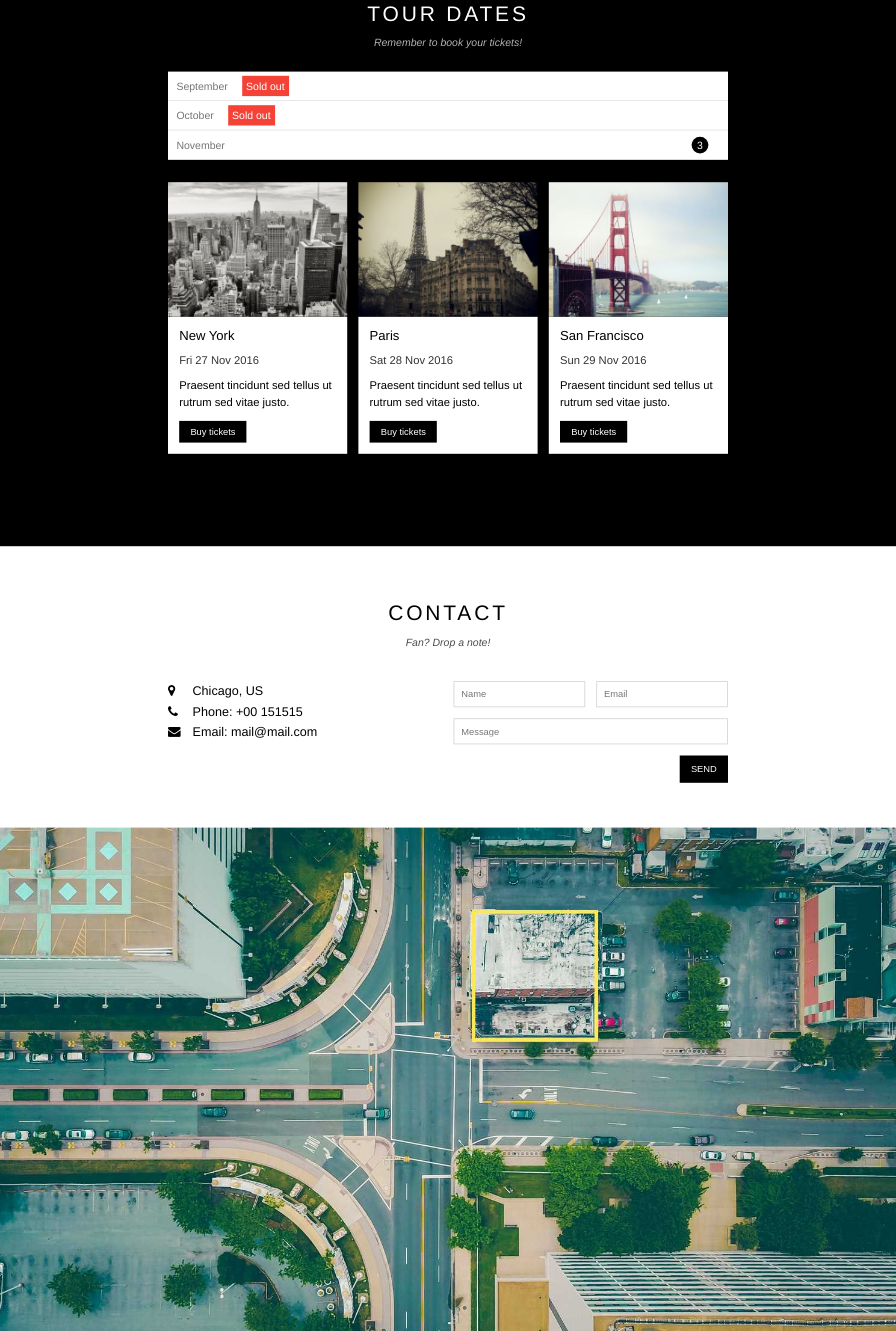
Repository: vuongtm1999/TheBand_W3School
Page: index.html
These files come from the project's save history. The page is drawn as it stood at one moment and after the next save; the edit follows.
The browser window is 1280 px wide. The pictures show the part of the page from y = 1386 to 3306 px (the page is 3288 px tall before and 3306 px after), at 70% of full size.

Above is the page before, as saved 2022-08-28 15:52:55.

### index.html
<!DOCTYPE html>
<html lang="en">
<head>
    <meta charset="UTF-8">
    <meta http-equiv="X-UA-Compatible" content="IE=edge">
    <meta name="viewport" content="width=device-width, initial-scale=1.0">
    <title>The band</title>
    <link rel="stylesheet" href="./assets/css/style.css">
    <link rel="stylesheet" href="https://cdnjs.cloudflare.com/ajax/libs/font-awesome/4.7.0/css/font-awesome.min.css">
    <link rel="icon" href="assets/img/place/paris.jpg" type="image/x-icon">
</head>
<body>
        <div id="header">
            <!-- begin: nav -->
            <ul id="nav">
                <li><a href="#">Home</a></li>
                <li><a href="#band">Bank</a></li>
                <li><a href="#tour">Tour</a></li>
                <li><a href="#contact">Contact</a></li>
                <li>
                    <a href="#">More <i style="font-size: 15px;" class="fa fa-caret-down"></i></a>
                    <ul class="subnav">
                        <li><a href="#">Merchandise</a></li>
                        <li><a href="#">Extras</a></li>
                        <li><a href="#">Media</a></li>
                    </ul>
                </li>
            </ul>
            <!-- end: nav -->

            <!-- begin: search button -->
            <div class="search-button">
                <i class="fa fa-search"></i>
            </div>
            <!-- end: search button -->
        </div>

        <div id="slider">
            <div class="text-content">
                <div class="container">
                    <h3 class=text-heading>
                        Chicago
                    </h3>
                    <div class="text-description">
                        Thank you, Chicago - A night we won't forget.
                    </div>
                </div>
            </div>
        </div>

        <div id="content">
            <!-- about section -->
            <div id="band" class="content-section">
                <h2 class="section-heading">THE BAND</h2>
                <p class="section-sub-heading">We love music</p>
                <p class="section-about-text">We have created a fictional band website. Lorem ipsum dolor sit amet, consectetur adipiscing elit, sed do eiusmod tempor incididunt ut labore et dolore magna aliqua. Ut enim ad minim veniam, quis nostrud exercitation ullamco laboris nisi ut aliquip ex ea commodo consequat. Duis aute irure dolor in reprehenderit in voluptate velit esse cillum dolore eu fugiat nulla pariatur. Excepteur sint occaecat cupidatat non proident, sunt in culpa qui officia deserunt mollit anim id est laborum consectetur adipiscing elit, sed do eiusmod tempor incididunt ut labore et dolore magna aliqua. Ut enim ad minim veniam, quis nostrud exercitation ullamco laboris nisi ut aliquip ex ea commodo consequat.</p>

                <div class="member-list">

                    <div class="col col-third">
                        <p class="member-name">Name</p>
                        <img class="member-image" src="assets/img/bandmember.jpg" alt="member">
                    </div>

                    <div class="col col-third">
                        <p class="member-name">Name</p>
                        <img class="member-image" src="assets/img/bandmember.jpg" alt="member">
                    </div>

                    <div class="col col-third">
                        <p class="member-name">Name</p>
                        <img class="member-image" src="assets/img/bandmember.jpg" alt="member">
                    </div>

                    <div class="clearFloat"></div>
                </div>
            </div>

            <!-- TOUR DATES section -->
            <div id="tour" class="tour-section">
                <div class="content-section">
                    <h2 class="section-heading">TOUR DATES</h2>
                    <p class="section-sub-heading">Remember to book your tickets!</p>

                    <br>

                    <ul class="ticket-list">
                        <li>September <span class="soldout">Sold out</span></li>
                        <li>October <span class="soldout">Sold out</span></li>
                        <li>November <span class="quantity">3</span></li>
                    </ul>

                    <div class="row place-ticket">

                        <div class="col col-third">
                            <img src="assets/img/place/newyork.jpg" alt="img-ticket" class="place-img">
                            <div class="place-body">
                                <h3 class="place-city">New York</h3>
                                <p class="place-time">Fri 27 Nov 2016</p>
                                <p class="place-description">Praesent tincidunt sed tellus ut rutrum sed vitae justo.</p>
                                <button class="place-buy-tickets btn-common js-buy-ticket">Buy tickets</button>
                            </div>
                        </div>

                        <div class="col col-third">
                            <img src="assets/img/place/paris.jpg" alt="img-ticket" class="place-img">
                            <div class="place-body">
                                <h3 class="place-city">Paris</h3>
                                <p class="place-time">Sat 28 Nov 2016</p>
                                <p class="place-description">Praesent tincidunt sed tellus ut rutrum sed vitae justo.</p>
                                <button class="place-buy-tickets btn-common js-buy-ticket">Buy tickets</button>
                            </div>
                        </div>

                        <div class="col col-third">
                            <img src="assets/img/place/sanfran.jpg" alt="img-ticket" class="place-img">
                            <div class="place-body">
                                <h3 class="place-city">San Francisco</h3>
                                <p class="place-time">Sun 29 Nov 2016</p>
                                <p class="place-description">Praesent tincidunt sed tellus ut rutrum sed vitae justo.</p>
                                <button class="place-buy-tickets btn-common js-buy-ticket">Buy tickets</button>
                            </div>
                        </div>

                        <div class="clearFloat"></div>
                    </div>
                </div>
            </div>



            <!-- CONTACT section -->
            <div id="contact" class="content-section">
                <h2 class="section-heading">CONTACT</h2>
                <p class="section-sub-heading">Fan? Drop a note!</p>

                <div class="row contact-items">
                    <div class="col col-half contact-info">
                        <p><i class="fa fa-map-marker" aria-hidden="true"></i>   Chicago, US</p>
                        <p><i class="fa fa-phone" aria-hidden="true"></i> Phone: +00 151515</p>
                        <p><i class="fa fa-envelope" aria-hidden="true"></i>  Email: mail@mail.com</p>
                    </div>
                    <div class="col col-half contact-form">
                        <form action="">
                        <div class="row">
                            <div class="col col-half">
                                <input type="text" required placeholder="Name" class="p-10 btn-contact contact-input-name">
                            </div>
                            <div class="col col-half">
                                <input type="email" required placeholder="Email" class="p-10 btn-contact contact-input-email">
                            </div>
                        </div>
                        <div class="row">
                            <div class="col col-full">
                                <input type="text" required placeholder="Message" class="p-10 btn-contact contact-input-message">
                            </div>
                        </div>

                        <input type="submit" class="contact-btn-send btn-common" value="SEND"></input>
                    </div>
                    </form>
                </div>
            </div>
            <!-- End: contact section -->

            <!-- Map section -->
            <div class="map-section">
                <img src="assets/img/map.jpg" alt="map-img" class="place-img">
            </div>

        </div>

        <!-- Modal dialog -->
        <div class="modal js-modal">
            <div class="modal-container js-modal-container">
                <i class="fa fa-times close-icon js-close-icon" aria-hidden="true"></i>
                <header class="modal-header">
                    <i class="fa fa-suitcase mr-5"></i>
                     Tickets
                </header>
                <div class="modal-body">
                    <label for="quantity-sticket" class="modal-label">
                        <i class="fa fa-shopping-cart" aria-hidden="true"></i>
                        Tickets, $15 per person
                    </label>
                    <input type="text" id="quantity-sticket" class="quantity-sticketet" placeholder="How many?">

                    <label for="send-to-sticket" class="modal-label">
                        <i class="fa fa-user" aria-hidden="true"></i>
                        Send to
                    </label>
                    <input type="text" id="send-to-sticket" class="send-to-sticket" placeholder="Enter email" class=placeholder="Enter email">

                    <button id="btn-pay" class="btn-pay">PAY <i class="fa fa-check" aria-hidden="true"></i></button>
                </div>

                <div class="modal-footer">
                    <button class="btn-close js-close-btn">Close <i class="fa fa-times" aria-hidden="true"></i></button>

                    <div class="modal-text-help">Need <a href="#" id="btn-help">help?</a></div>
                </div>
            </div>
        </div>

        <div id="footer">

        </div>
    </div>

    <script>
        const buyBtns = document.querySelectorAll('.js-buy-ticket');
        const modal = document.querySelector('.js-modal');
        const closeBtn = document.querySelector('.js-close-btn');
        const closeIcon = document.querySelector('.js-close-icon');
        const modalContainer = document.querySelector('.js-modal-container');

        function showTicketDialog(){
            modal.classList.add('modal-open')
        }

        function hideTicketDialog(){
            modal.classList.remove('modal-open')
        }

        for(const buyBtn of buyBtns){
            buyBtn.addEventListener('click', showTicketDialog);
        }

        closeBtn.addEventListener('click', hideTicketDialog);
        closeIcon.addEventListener('click', hideTicketDialog);

        //Dong khi click ra ngoai modal
        modal.addEventListener('click', hideTicketDialog);
        modalContainer.addEventListener('click', function(even) {
            even.stopPropagation()
        });

        // buyBtns.forEach(function (buyBtn) {
        //     buyBtn.addEventListener('click', showTicketDialog())
        // })
    </script>
</body>
</html>

### assets/css/style.css
/* reset CSS */
* {
    margin: 0;
    padding: 0;
    box-sizing: border-box;
}

html {
    scroll-behavior: smooth;
    font-family: Helvetica, Arial, sans-serif;
}

#nav, .subnav, li{
    list-style-type: none;
}

#nav{
    display: inline-block;
}

/* Common */
.clearFloat{
    /* Khac phuc khi dung float :left */
    clear: both;
}

.btn-common{
    color: white;
    background-color: #000;
    border: none;
}

.btn-common:hover{
    background-color: #ccc;
    color: #000;
}

.row{
    margin-left: -8px;
    margin-right: -8px;
}

.col{
    float: left;
    padding-left: 8px;
    padding-right: 8px;
}

.col-full{
    width: 100%;
}

.col-half{
    width: 50%;
}

.col-third{
    width: 33.3333%;
}

.text-center{
    text-align: center;
}

.p-8{
    padding: 8px;
}

.mb-8{
    margin-bottom: 8px;
}

.p-10{
    padding: 10px;
}


/*
Nguyen tac lam viec
1. Vi tri
2. Kich thuoc
3. Mau sac
4. Kieu dang (kieu chu, hinh tron hay hinh vuong,...)
*/

/*
Tu ngoai vao trong
Tu tren xuong duoi
TU tong quan den chi tiet
 */

#main {}

#header {
    position: fixed;
    z-index: 1;
    height: 46px;
    background-color: #000;
    color: #fff;
    top: 0;
    left: 0;
    right: 0;
}

#nav li {
    text-decoration: none;
    line-height: 46px;
}

/* The a */
a{
    text-decoration: none;
}

#nav > li > a {
    /* display: inline-block; */
    padding: 0px 24px;
    color: #ffffff;
    text-transform: uppercase;
}

#nav > li {
    display: inline-block;
}

#nav li:last-child {
    position: relative;
}

#nav .subnav {
    background-color: #fff;
    position: absolute;
    display: none;
    top: 100%;
    left: 0;
    box-shadow:  0px 0px 10px rgba(0, 0, 0, 0.3);
    min-width: 160px;
}

#nav .subnav a{
    color: #000;
    padding: 0px 12px;
    line-height: 30px;
    display: inline-block;
    width: 100%;
}

#nav .subnav li:hover,
#nav > li:hover > a {
    color: #000;
    background-color: #ccc;
    display: block;
}

#nav > li:last-child:hover .subnav{
    display: block;
}

/* search btn */
#header .search-button{
    float: right;
    line-height: 46px;
    padding: 0 24px;
}

#header .search-button:hover{
    background-color: #f44336;
    cursor: pointer;
}

#slider {
    /* background-color: rgb(27, 22, 22); */
    margin-top: 46px;
/* padding-top bang 50% chieu rong cua thanh phan do */
    padding-top: 50%;
    position: relative;
    background: url("/assets/img/chicago.jpg") top center / cover no-repeat;
}

#slider .text-content{
    position: absolute;
    color: white;
    bottom: 48px;

    /* cach 1 */
    /* left: 50%;
    transform: translateX(-50%); */
    /* cach 2 */
    /* left: 0;
    right: 0; */
    /* cach 3 */
    width: 100%;
    text-align: center;
}

.text-heading{
    font-size: 24px;
    font-weight: 400;
}

.text-description{
    margin-top: 25px;
    font-weight: bolder;
    font-size: 15px;
}

#content .content-section{
    width: 800px;
    padding: 64px 0;
    margin-left: auto;
    margin-right: auto;
}

.content-section .section-heading,
.content-section .section-about-text{
    margin: 15px 0px;
}

.content-section .section-heading,
.content-section .section-sub-heading{
    text-align: center;
}

.content-section .section-sub-heading{
    font-size: 15px;
    opacity: 0.7;
    font-style: italic;
}

.content-section .section-heading{
    font-size: 30px;
    font-weight: 500;
    letter-spacing: 4px;
}

.content-section .section-about-text{
    /* line-height khong co px */
    line-height: 1.5;
    font-size: 15px;
    text-align: justify;
}

.content-section .member-list{
    margin: 32px 0;
    text-align: center;
    /* Khac phuc khi dung float :left */
    /* overflow: hidden; */
}

.content-section .member-name{
    margin: 15px 0;
}

.content-section .member-image{
    width: 154px;
    border-radius: 4px;
}

/* Tour section */
.tour-section{
    background-color: #000;
    min-height: 851px;
}

/*  begin: tour section */
.tour-section .section-heading,
.tour-section .section-sub-heading{
    color: white !important;
}

.tour-section .section-heading{
    margin: 10px 0;
}

.tour-section .section-sub-heading{
    margin: 15px 0;
}

.ticket-list{
    background-color: white;
}

.ticket-list > li{
    font-size: 15px;
    padding: 12px;
    border-bottom: 1px solid #ddd;
    color: #757575;
}

.soldout{
    background-color: #f44336;
    padding: 6px;
    margin-left: 16px;
    color: #fff;
}

.quantity{
    float: right;
    margin-right: 16px;
    background-color: #000;
    width: 24px;
    height: 24px;
    border-radius: 50%;
    color: white;
    text-align: center;
    line-height: 24px;
    margin-top: -3px;
}

/* place-ticket */
.place-ticket{
    /* margin-top: 32px; */
    padding-top: 32px;
    margin-left: -8px;
    margin-right: -8px;
}

.place-item{
    float: left;
    width: 33.3333%;
    padding: 0 8px;
}

.place-img{
    width: 100%;
    display: block;
}

.place-img:hover{
    opacity: 0.7;
}

.place-body{
    background-color: white;
    color: rgb(1, 1, 1);
    padding: 16px;
}

.place-city{
    font-weight: 550;
}

.place-time{
    opacity: 0.8;
    margin: 15px 0;
}

.place-description{
    margin: 15px 0;
    line-height: 1.5;
}

.place-buy-tickets{
    padding: 8px 16px;
    display: inline-block;
}

/* modal dialog */
.modal{
    position: fixed;
    background-color: rgba(0, 0, 0, 0.3);
    top: 0;
    left: 0;
    right: 0;
    bottom: 0;

    /* display: flex; */
    align-items: center;
    justify-content: center;

    display: none;
}

.modal-open{
    display: flex !important;
}

.modal-container{
    background-color: #fff;
    width: 900px;
    min-height: 473px;
    position: relative;

    /* reponsive */
    max-width: calc(100% - 32px);
}

.modal-header {
    height: 129px;
    background-color: #009688;
    display: flex;
    align-items: center;
    justify-content: center;
    letter-spacing: 4px;
    font-weight: 400;
    font-size: 30px;
    color: #fff;
}

.mr-5{
    margin-right: 16px;
}
.close-icon{
    position: absolute;
    top: 0;
    right: 0;
    padding: 12px;
    color: #fff;
}

.close-icon:hover{
    background-color: #ccc;
    color: #000
}

.modal-body {
    padding: 0 16px;
}

.modal-label{
    display: block;
    margin: 18px 0 8px 0;
}

.quantity-sticketet,
.send-to-sticket{
    border: 1px solid #ccc;
    padding: 8px;
    font-size: 15px;
    width: 100%;
}

.btn-pay{
    margin: 16px 0;
    width: 100%;
    background-color: #009688;
    padding: 18px;
    color: #fff;
    border: none;
    font-size: 15px;
    text-transform: uppercase;
}

.btn-pay:hover{
    background-color: #ccc;
    color: #000;
    cursor: pointer;
}

.modal-footer{
    padding: 0 18px;
    margin: 16px 0;
}

.modal-text-help{
    float: right;
}

.btn-close{
    padding: 12px 16px;
    font-size: 15px;
    color: #fff;
    background-color: #f44336;
    border: none;
}

.btn-close:hover{
    cursor: pointer;
    background-color: #ccc;
    color: #000;
}

#btn-help{
    text-decoration: underline !important;
    color: #2196F3;
}

.contact-items{
    margin-top: 48px;
}

.contact-info i[class*="fa"]{
    width: 30px;
}

.contact-info {
    line-height: 1.6;
    font-size: 18px;
}

.contact-form{
    font-size: 15px;
}

.row::after{
    content: "";
    display: block;
    clear: both;
}

.contact-input-message{
    margin: 16px 0;
}

.btn-contact{
    border: 1px solid #ccc;

    width: 100%;
}

.contact-btn-send{
    padding: 12px 16px;
    float: right;
}




#container {
    /* height: 500px;
    background-color: #ccc; */
}

#content {}

#footer {}

After the next save:
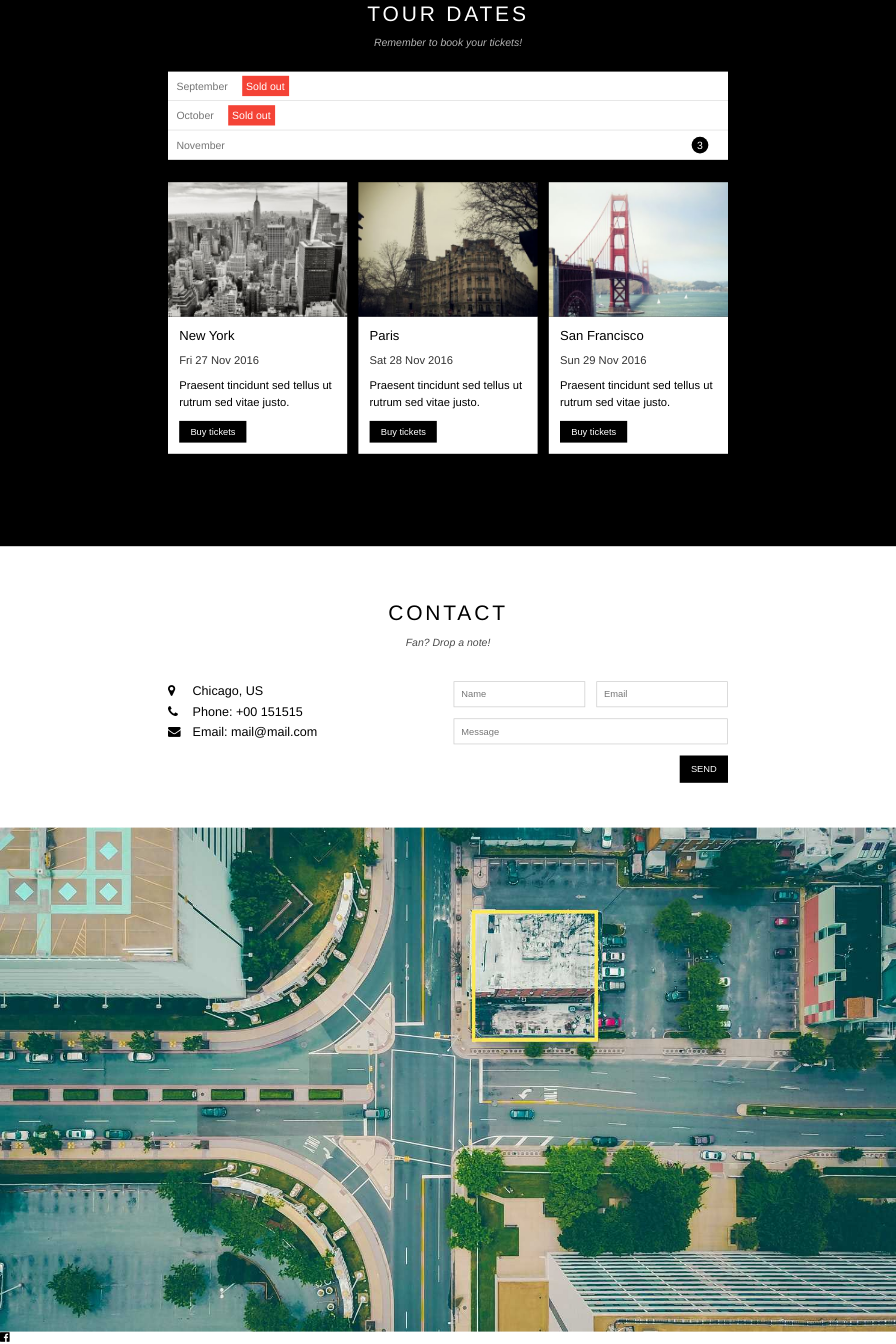
Saved 101 min 41 s later.
--- a/index.html
+++ b/index.html
@@ -203,7 +203,14 @@
         </div>
 
         <div id="footer">
-
+            <div class="icon-info">
+                <i class="fa fa-facebook-official" aria-hidden="true"></i>
+                <i></i>
+                <i></i>
+                <i></i>
+                <i></i>
+                <i></i>
+            </div>
         </div>
     </div>
 
